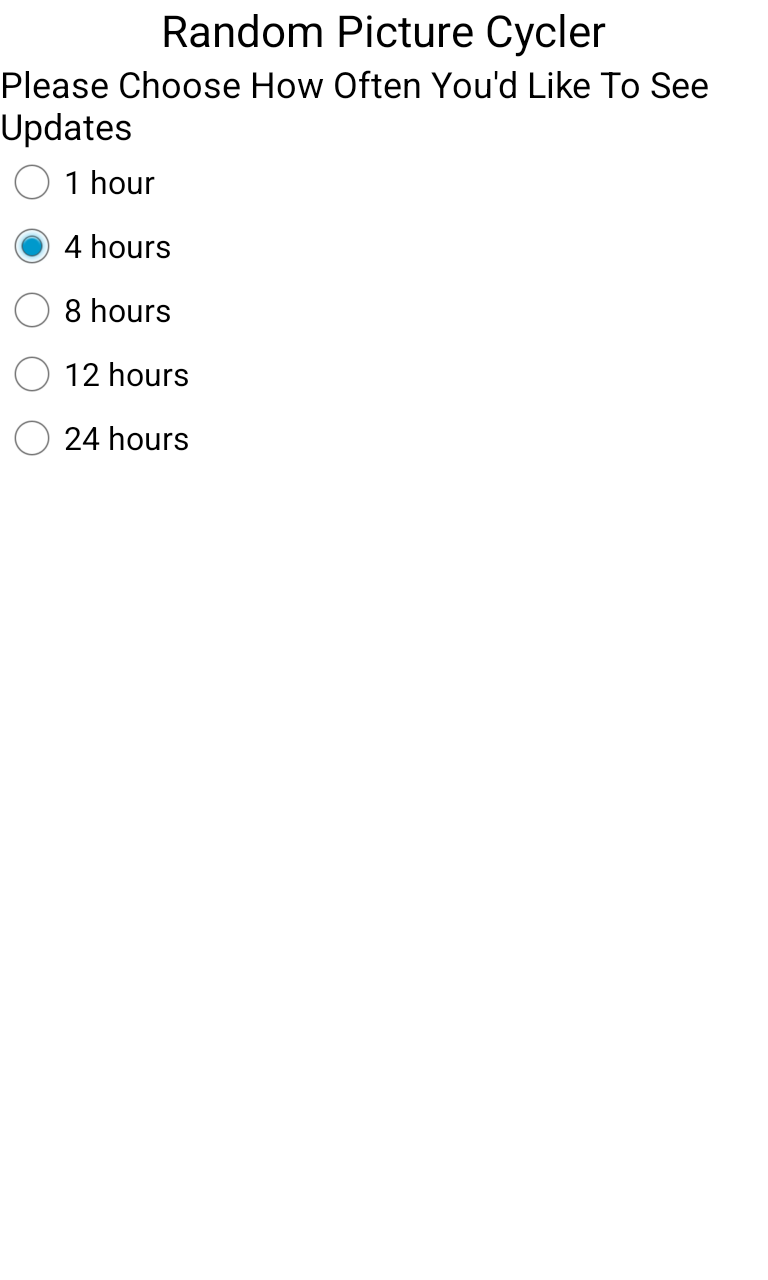
Repository: scottcaruso/MDF3_widgets_and_action_bars
Layout: PictureViewWidget/res/layout/configure_widget.xml
An editor plug-in stored every save of this project. The layout is shown before and after the next save, followed by the edit.
It is drawn on a 768 x 1280 px phone screen (xhdpi) without system bars, with theme AppTheme; the app's code is not run.

Above is the layout before, as saved 2013-09-19 08:00:55.

### PictureViewWidget/res/layout/configure_widget.xml
<?xml version="1.0" encoding="utf-8"?>
<LinearLayout xmlns:android="http://schemas.android.com/apk/res/android"
    android:layout_width="match_parent"
    android:layout_height="match_parent"
    android:orientation="vertical" >

    <TextView
        android:id="@+id/textView1"
        android:layout_width="wrap_content"
        android:layout_height="wrap_content"
        android:layout_gravity="center"
        android:text="@string/random_picture_cycler"
        android:textAppearance="?android:attr/textAppearanceLarge" />

    <TextView
        android:id="@+id/textView2"
        android:layout_width="wrap_content"
        android:layout_height="wrap_content"
        android:layout_gravity="center"
        android:text="@string/please_choose_how_often_you_d_like_to_see_updates"
        android:textAppearance="?android:attr/textAppearanceMedium" />

    <RadioGroup
        android:id="@+id/radio_hours"
        android:layout_width="wrap_content"
        android:layout_height="wrap_content" >

        <RadioButton
            android:id="@+id/radioOne"
            android:layout_width="wrap_content"
            android:layout_height="wrap_content"
            android:text="@string/_1_hour" />

        <RadioButton
            android:id="@+id/radioFour"
            android:layout_width="wrap_content"
            android:layout_height="wrap_content"
            android:text="@string/_4_hours"
            android:checked="true" />

        <RadioButton
            android:id="@+id/radioEight"
            android:layout_width="wrap_content"
            android:layout_height="wrap_content"
            android:text="@string/_8_hours" />

        <RadioButton
            android:id="@+id/radioTwelve"
            android:layout_width="wrap_content"
            android:layout_height="wrap_content"
            android:text="@string/_12_hours" />

        <RadioButton
            android:id="@+id/radioTwentyFour"
            android:layout_width="wrap_content"
            android:layout_height="wrap_content"
            android:text="@string/_24_hours" />

    </RadioGroup>

</LinearLayout>

### PictureViewWidget/res/values/strings.xml
<?xml version="1.0" encoding="utf-8"?>
<resources>

    <string name="app_name">PictureViewWidget</string>
    <string name="action_settings">Settings</string>
    <string name="hello_world">Hello world!</string>
    <string name="_1_hour">1 hour</string>
    <string name="_4_hours">4 hours</string>
    <string name="_8_hours">8 hours</string>
    <string name="_12_hours">12 hours</string>
    <string name="_24_hours">24 hours</string>
    <string name="random_picture_cycler">Random Picture Cycler</string>
    <string name="please_choose_how_often_you_d_like_to_see_updates">Please Choose How Often You\'d Like To See Updates</string>

</resources>

Loaded but not shown: PictureViewWidget/res/values/styles.xml (common file); PictureViewWidget/res/values-v11/styles.xml (common file); PictureViewWidget/res/values-v14/styles.xml (common file)

After the next save:
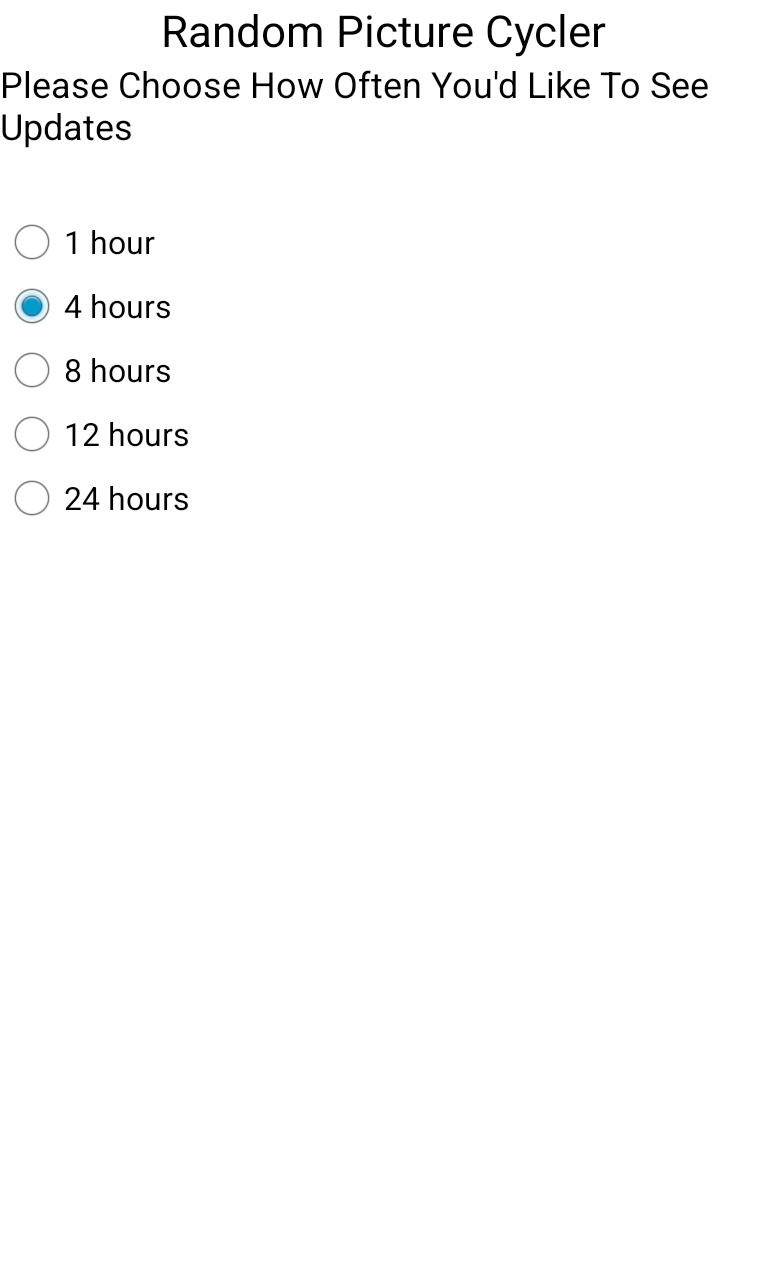
Saved 27 s later.
--- a/PictureViewWidget/res/layout/configure_widget.xml
+++ b/PictureViewWidget/res/layout/configure_widget.xml
@@ -18,7 +18,8 @@
         android:layout_height="wrap_content"
         android:layout_gravity="center"
         android:text="@string/please_choose_how_often_you_d_like_to_see_updates"
-        android:textAppearance="?android:attr/textAppearanceMedium" />
+        android:textAppearance="?android:attr/textAppearanceMedium"
+        android:paddingBottom="30dp" />
 
     <RadioGroup
         android:id="@+id/radio_hours"
